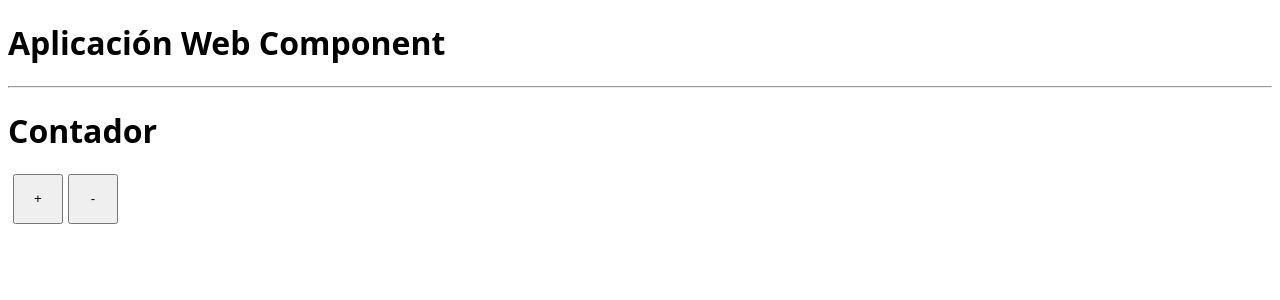
Repository: maxTech2019/Lab-react-C12024
Page: /
The author's editor kept a copy of each file at every save. The page is drawn from the files as they stood at one save, then again after a run of saves.
The browser window is 1280 px wide. The pictures show the whole page.
The project was rebuilt for these pictures with package versions that can differ from the ones it lists, and the page was loaded fresh each time. Also part of the build but not shown: vite.config.js, src/component/Productos.jsx.

Above is the page before, as saved 2024-06-04 17:09:24.

After the next 2 saves:
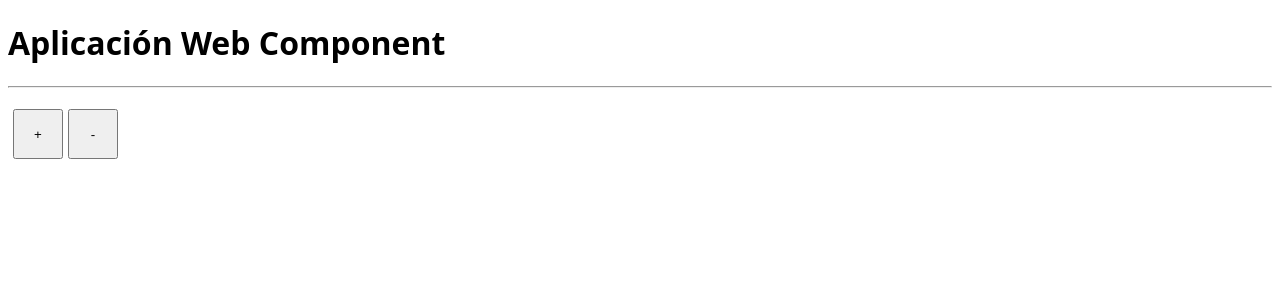
The 2 saves are shown as one change because they came seconds apart.
The last was saved 6 s later.
--- a/src/component/ContadoruseEffect.jsx
+++ b/src/component/ContadoruseEffect.jsx
@@ -8,7 +8,7 @@ export const ContadoruseEffect = () => {
     const [contador] = useContador(0);
   return (
     <>
-        <h1>Contador</h1>
+        <h1>{}</h1>
         <button className='miBoton'> + </button>
         <button className='miBoton'> - </button>
     </>
